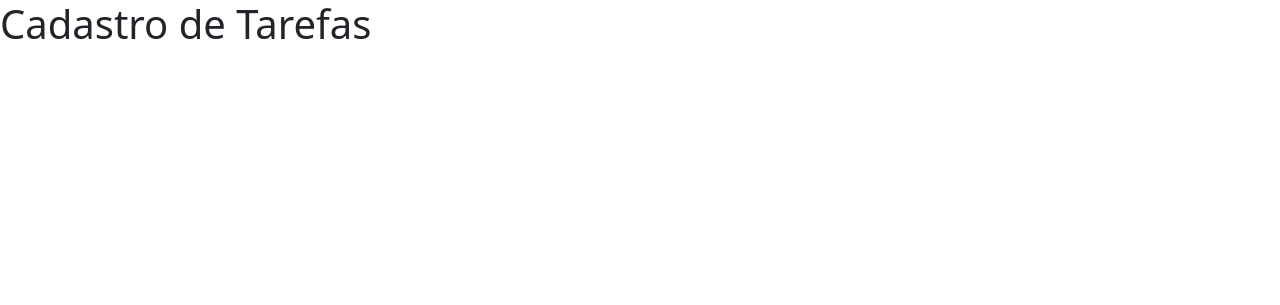
Repository: JuniorMagalhaesDeAlcantara/TarefasSpringBoot
Page: src/main/resources/templates/create.html
An editor plug-in stored every save of this project. The page is shown before and after the next save, followed by the edit.
The browser window is 1280 px wide. The pictures show the whole page.

Above is the page before, as saved 2022-08-07 19:18:46.

### src/main/resources/templates/create.html
<!DOCTYPE html>
<html lang="en">
<head>
    <meta charset="UTF-8">
    <meta http-equiv="X-UA-Compatible" content="IE=edge">
    <meta name="viewport" content="width=device-width, initial-scale=1.0">

    <!-- CSS only -->
<link href="https://cdn.jsdelivr.net/npm/bootstrap@5.2.0/dist/css/bootstrap.min.css" rel="stylesheet" integrity="sha384-gH2yIJqKdNHPEq0n4Mqa/HGKIhSkIHeL5AyhkYV8i59U5AR6csBvApHHNl/vI1Bx" crossorigin="anonymous">

    <title>Cadastro de Tarefas</title>
</head>
<body>
    <h1>Cadastro de Tarefas</h1>
</body>
</html>

After the next save:
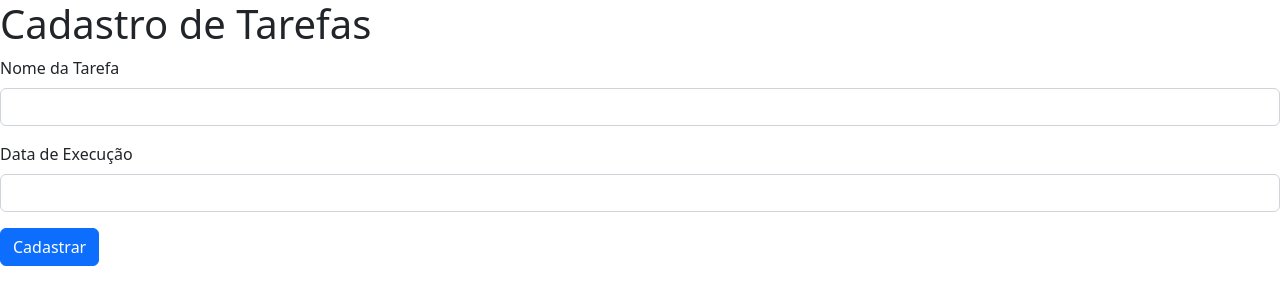
Saved 2 min 48 s later.
--- a/src/main/resources/templates/create.html
+++ b/src/main/resources/templates/create.html
@@ -12,5 +12,19 @@
 </head>
 <body>
     <h1>Cadastro de Tarefas</h1>
+
+    <form>
+        <div class="mb-3">
+          <label for="exampleInputEmail1" class="form-label">Nome da Tarefa</label>
+          <input type="email" class="form-control" id="exampleInputEmail1" aria-describedby="emailHelp">
+        </div>
+        <div class="mb-3">
+          <label for="exampleInputPassword1" class="form-label">Data de Execução</label>
+          <input type="password" class="form-control" id="exampleInputPassword1">
+        </div>
+        <button type="submit" class="btn btn-primary">Cadastrar</button>
+      </form>
+
+
 </body>
 </html>
